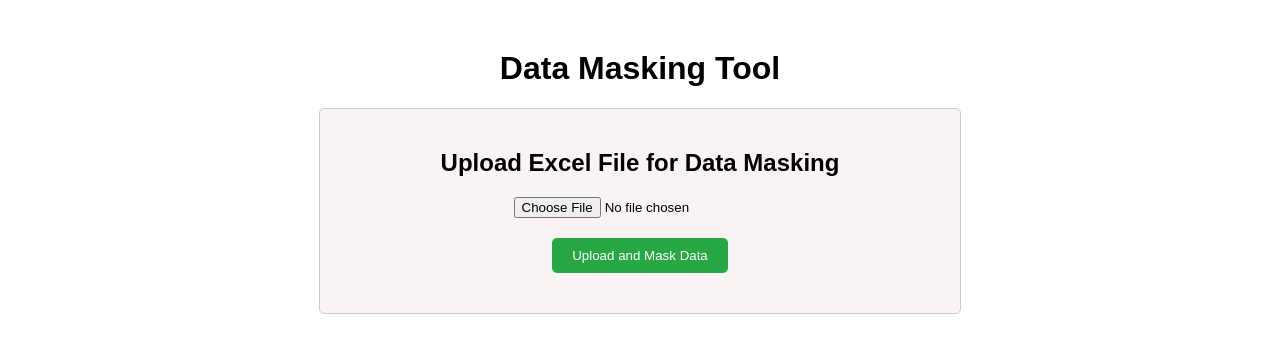
Repository: prithika12/DataMasking_Tool
Page: index.html
These files come from the project's save history. The page is drawn as it stood at one moment and after the next save; the edit follows.
The browser window is 1280 px wide. The pictures show the whole page.

Above is the page before, as saved 2024-07-09 11:29:44.

After the next save:
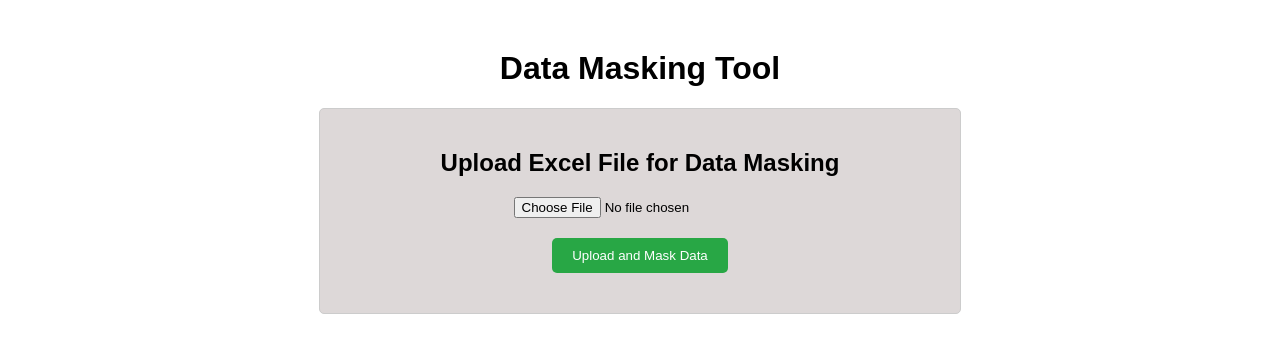
Saved 16 s later.
--- a/index.html
+++ b/index.html
@@ -11,7 +11,7 @@
             max-width: 600px;
             margin: 0 auto;
             padding: 20px;
-            background-color: #f9f3f3;
+            background-color: #ddd8d8;
             border: 1px solid #ccc;
             border-radius: 5px;
         }

After the save that followed:
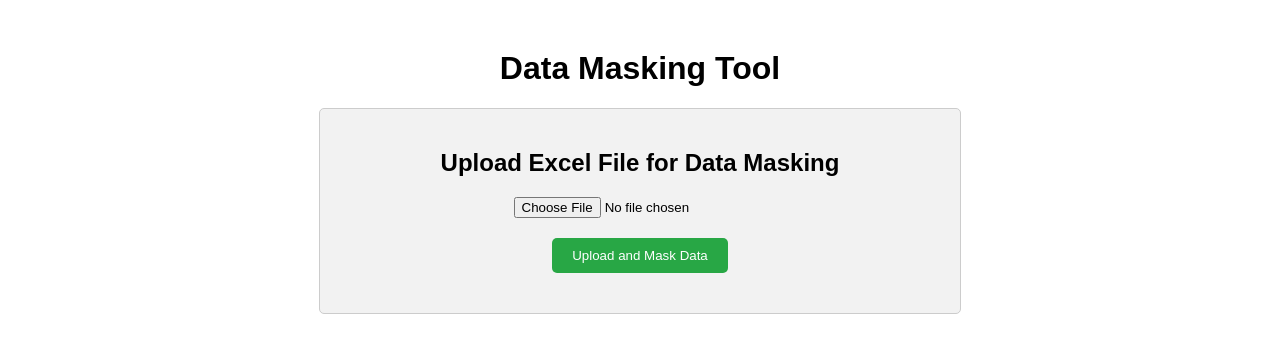
Saved 40 s later.
--- a/index.html
+++ b/index.html
@@ -11,7 +11,7 @@
             max-width: 600px;
             margin: 0 auto;
             padding: 20px;
-            background-color: #ddd8d8;
+            background-color: #f2f2f2;
             border: 1px solid #ccc;
             border-radius: 5px;
         }
